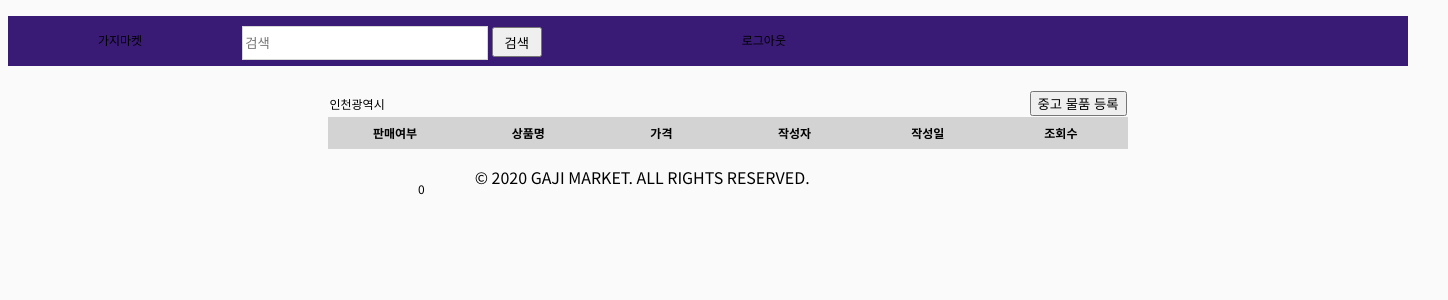
Repository: dblee0128/gajimarket
Page: http://localhost/GajiMarket/WEB-INF/views/board/get.jsp
An editor plug-in stored every save of this project. The page is shown before and after the next save, followed by the edit.
The browser window is 1280 px wide. The page is 1448 px wide, so the pictures cover 1448 px, including what lies to the right of the window. The pictures show the whole page.
The page is served by Tomcat 9. Nobody is signed in. Other server files are loaded and not shown. The template is opened directly, without the code that normally fills it, so the values that code supplies are empty.

Above is the page before, as saved 2020-10-31 01:53:38.

### GajiMarket/src/main/webapp/WEB-INF/views/board/get.jsp
<%@ page language="java" contentType="text/html; charset=UTF-8"
	pageEncoding="UTF-8"%>
<%@ taglib uri="http://java.sun.com/jsp/jstl/core" prefix="c"%>
<%@ taglib uri="http://www.springframework.org/tags/form" prefix="form"%>
<!DOCTYPE html>
<html>
<head>
<meta charset="UTF-8">
<title>가지마켓</title>
<link href="<c:url value="/resources/css/board.css"/>" rel="stylesheet">
<link href="https://fonts.googleapis.com/css2?family=Noto+Sans+KR:wght@500&display=swap" rel="stylesheet">
</head>
<body>
<%@ include file="../includes/header.jsp"%>
<div id="container">
	<div id="wrap">
		<table id="board_tb">
			<tr>
				<td colspan="3" align="left">
					인천광역시 ${member.address.addressname}
				</td>
				<td colspan="3" align="right">
					<a href="/board/register"><button style="text-align: right;">중고 물품 등록</button></a>
				</td>
			</tr>
			<tr>
				<th>판매여부</th><th>상품명</th><th>가격</th><th>작성자</th><th>작성일</th><th>조회수</th>
			</tr>
			<tr>
			<c:forEach var="board" items="${board}">
			<tr>
				<td class="small">${board.sell}</td>
				<td class="large"><a href="board/${board.boardnum}" id="boardLink" style="color: black;">${board.title}</a></td>
				<td class="medium">${board.price}</td>
				<td class="small">${board.member.nickname}</td>
				<td class="small">${board.regdate}</td>
				<td class="small">${board.readcnt}</td>
			</tr>
			</c:forEach>
		</table>

		<!-- 페이징 -->
		<div id="pagingArea">
			<ul>
				<c:if test="${pageMaker.prev}">
					<li><a href="${pageMaker.startPage - 1}" class="link">이전</a></li>
				</c:if>

				<c:forEach var="num" begin="${pageMaker.startPage}" end="${pageMaker.endPage}">
					<li><a href="${num}" class="link">${num}</a></li>
				</c:forEach>

				<c:if test="${pageMaker.next}">
					<li><a href="${pageMaker.endPage + 1}" class="link">다음</a></li>
				</c:if>
			</ul>
		</div>
	</div>
</div>
<%@ include file="../includes/footer.jsp"%>
</body>
</html>

### GajiMarket/src/main/webapp/WEB-INF/views/includes/header.jsp
<%@ page language="java" contentType="text/html; charset=UTF-8"
    pageEncoding="UTF-8"%>
<link href="<c:url value="/resources/css/includes.css"/>" rel="stylesheet">
<style>
.search {
	width: 240px;
	height: 30px;
	color: black;
	border-color: #d6d6d6;
	border-style: solid;
	border-width: 1px;
	margin: 0 0 15px 0;
}

.searchBtn {
	width: 50px;
	height: 30px;
	margin: 0 0 15px 0;
}
</style>
<div id="menuArea">
	<ul>
		<li><a href="/" id="top">가지마켓</a></li> <!-- 회원: /board(게시판 메인 페이지로 이동), 비회원: /(로그인 페이지로 이동) -->
		<li><input type="text" placeholder="검색" class="search">
			<input type="submit" value="검색" class="searchBtn"></li>
		<li><a href="/myInfo" id="top">${nickname}</a></li> <!-- 내 정보 메인 페이지로 이동 -->
		<li><a href="/logout" id="top">로그아웃</a></li> <!-- 로그아웃 실행 -->
	</ul>
</div>
<br>

### GajiMarket/src/main/webapp/WEB-INF/views/includes/footer.jsp
<%@ page language="java" contentType="text/html; charset=UTF-8"
	pageEncoding="UTF-8"%>
<link href="<c:url value="/resources/css/board.css"/>" rel="stylesheet">

<footer class="footerArea">
	© 2020 GAJI MARKET. ALL RIGHTS RESERVED.
</footer>
<br><br>

### GajiMarket/src/main/webapp/resources/css/board.css
@charset "UTF-8";

body {
	background-color: #fafafa;
	font-family: 'Noto Sans KR', sans-serif;
}

#wrap {
	width: 800px;
	margin: 0 auto;
	border-color: #d3d3d3;
	border-width: 1px;
}

#board_tb {
	width: 100%;
	border-collapse: collapse;
	line-height: 20px;
	font-size: 12px;
	text-align: center;
}

#board_tb tr th {
	border: #d3d3d3 solid 1px;
	padding: 5px;
}

#board_tb th {
	background: #d3d3d3;
	width: 120px;
}

#error {
	color: #391a75;
	padding: 5px;
	font-size: 12px;
}

.large {
	width: 200px;
}

.medium {
	width: 200px;
}

.small {
	width: 100px;
}

a {
	color: black;
	font-size: 12px;
}

### GajiMarket/src/main/webapp/resources/css/includes.css
@charset "UTF-8";

body {
	width: 1440px;
	background-color: #fafafa;
	font-family: 'Noto Sans KR', sans-serif;
}

#header {
	width: 100%;
	height: 50px;
	background-color: white;
	border-color: gray;
	border-spacing: 1px;
}

#headerArea {
	float: left;
	width: 33%;
	height: 100%;
}



#footerArea {
	width: 1400px;
	float: right;
}

.logo {
	font-size: 20px;
}

.user {
	float: right;
}

#headerArea.input {
	height: 20px;
}


#menuArea {
	background-color: #391a75;
	height: 50px;
	width: 1400px;
}

ul {
	color: white;
	list-style-type: none;
}

li {
	list-style: none;
	float: left;
	padding: 10px 50px 10px 50px;
}

a {
	color: white;
	text-decoration: none;
}

#topA {
	color: white;
	text-decoration: none;
	font-size: 20px;
}

.search {
	width: 240px;
	height: 30px;
	color: black;
	border-color: #d6d6d6;
	border-style: solid;
	border-width: 1px;
}

After the next save:
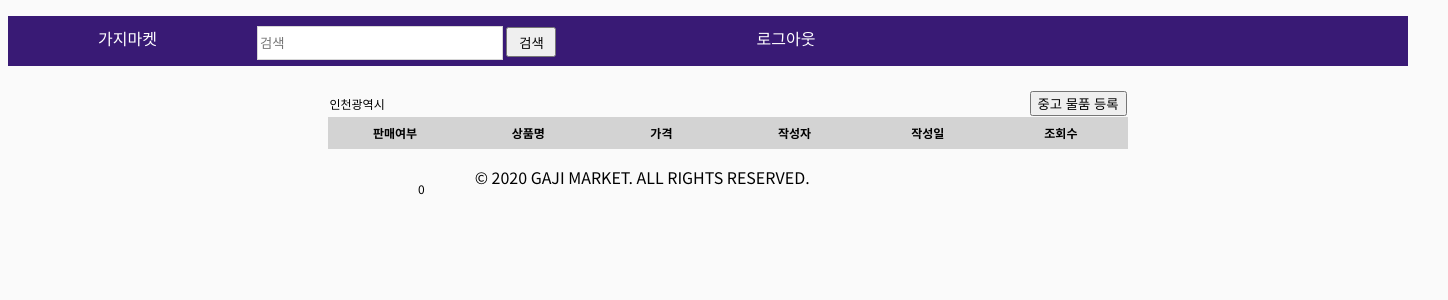
Saved 7 s later.
--- a/GajiMarket/src/main/webapp/resources/css/board.css
+++ b/GajiMarket/src/main/webapp/resources/css/board.css
@@ -48,7 +48,7 @@ body {
 	width: 100px;
 }
 
-a {
+.link {
 	color: black;
 	font-size: 12px;
 }
